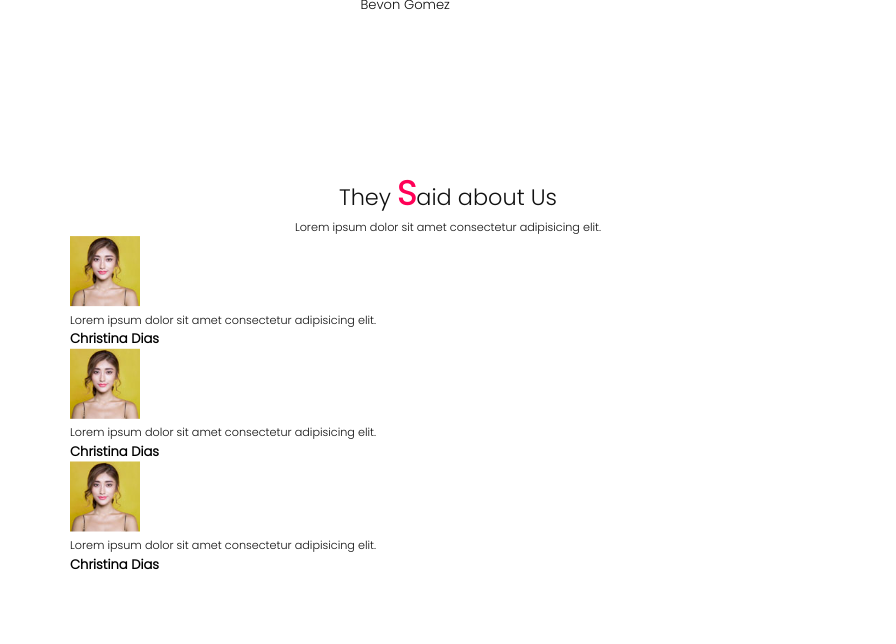
Repository: Adriandias1997/MobileFriendly_FoodWebsite
Page: index.html
The author's editor kept a copy of each file at every save. The page is drawn from the files as they stood at one save, then again after the next save.
The browser window is 1280 px wide. The pictures show the part of the page from y = 3886 to 5806 px (the page is 4806 px tall before and 5806 px after), at 70% of full size.

Above is the page before, as saved 2020-10-16 17:14:45.

After the next save:
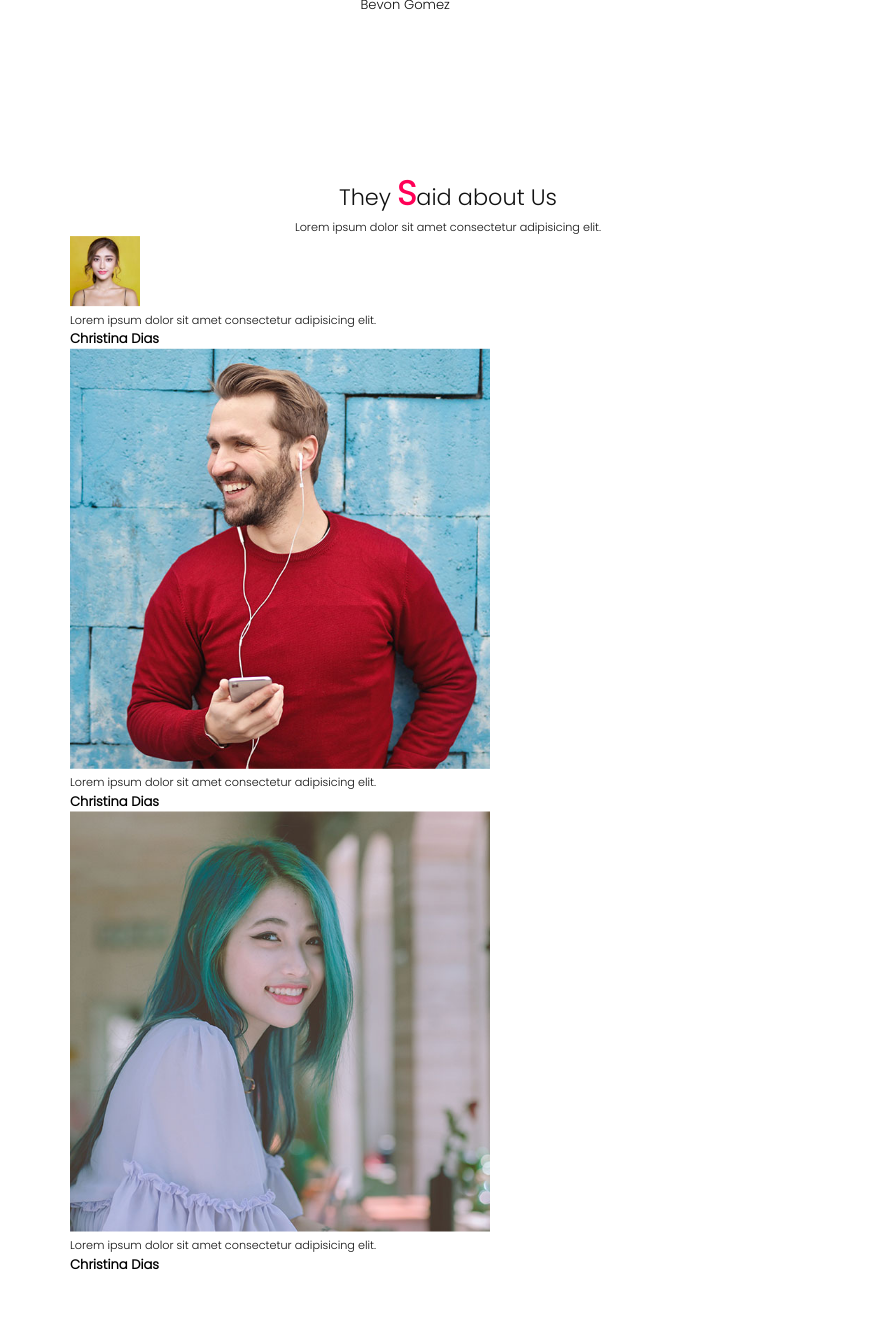
Saved 8 s later.
--- a/index.html
+++ b/index.html
@@ -172,7 +172,7 @@
             <div class="box">
 
                 <div class="imgBx">
-                    <img src="Images/testi1.jpg" alt="">
+                    <img src="Images/testi2.jpg" alt="">
                 </div>
                 <div class="text">
                     <p>Lorem ipsum dolor sit amet consectetur adipisicing elit.
@@ -183,7 +183,7 @@
             <div class="box">
 
                 <div class="imgBx">
-                    <img src="Images/testi1.jpg" alt="">
+                    <img src="Images/testi3.jpg" alt="">
                 </div>
                 <div class="text">
                     <p>Lorem ipsum dolor sit amet consectetur adipisicing elit.
